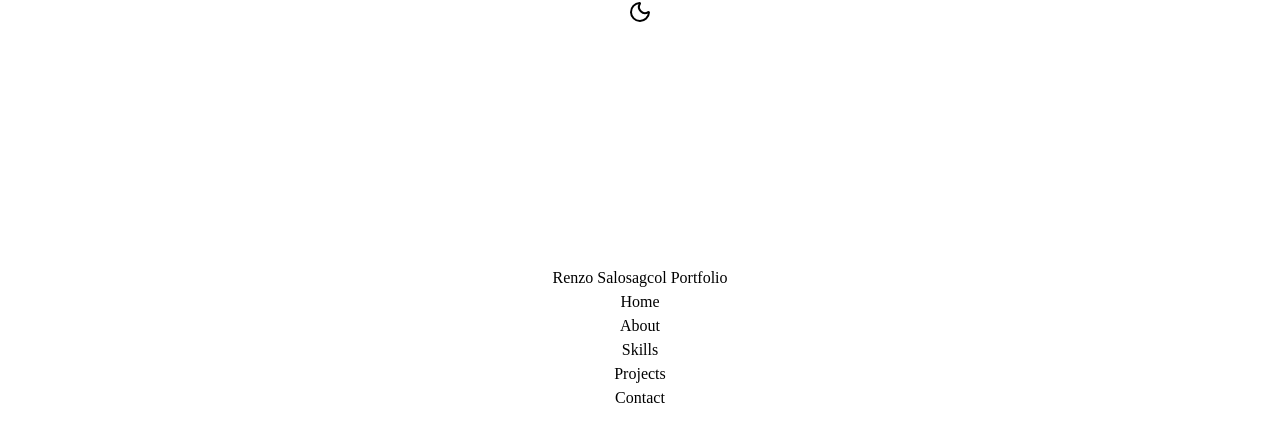
Repository: Renzo-Salosagcol/PERSONAL-PORTFOLIO
Page: /
These files come from the project's save history. The page is drawn as it stood at one moment and after the next save; the edit follows.
The browser window is 1280 px wide. The pictures show the whole page.
The project was rebuilt for these pictures with package versions that can differ from the ones it lists, and the page was loaded fresh each time. Also part of the build but not shown: vite.config.js, src/pages/notFound.jsx.

Above is the page before, as saved 2025-10-03 22:07:24.

After the next save:
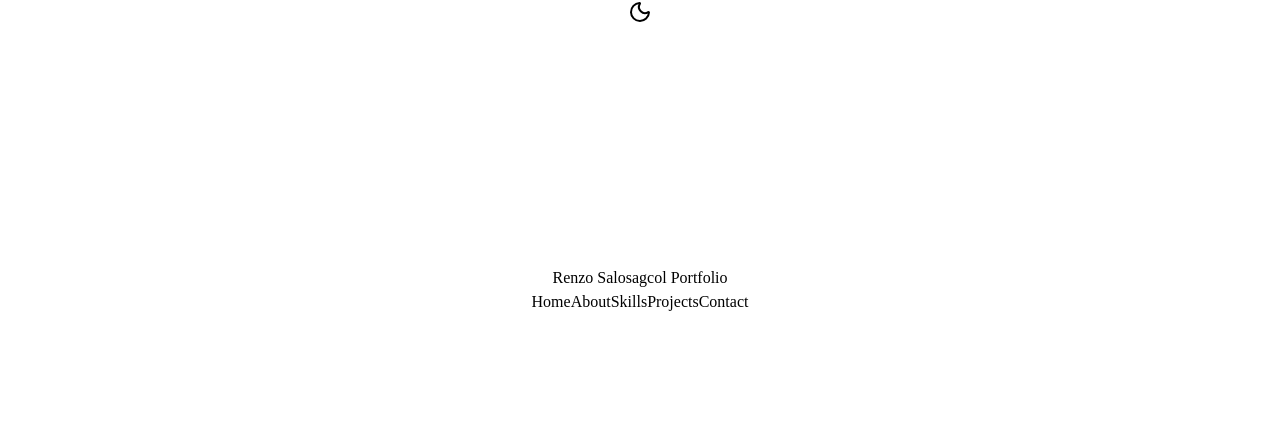
Saved 66 s later.
--- a/src/components/Navbar.jsx
+++ b/src/components/Navbar.jsx
@@ -34,13 +34,20 @@
             </span>
           </a>
         </div>
-        <ul>
+
+        {/* Desktop Nav */}
+        <div>
           {navItems.map((item) => (
-            <li key={item.name}>
-              <a href={item.href}>{item.name}</a>
-            </li>
+            <a
+              key={item.name}
+              className="text-lg font-medium text-primary hover:text-primary/80 transition-colors"
+              href={item.href}
+            >
+              {item.name}
+            </a>
           ))}
-        </ul>
+        </div>
+
       </nav>
   )
 }
